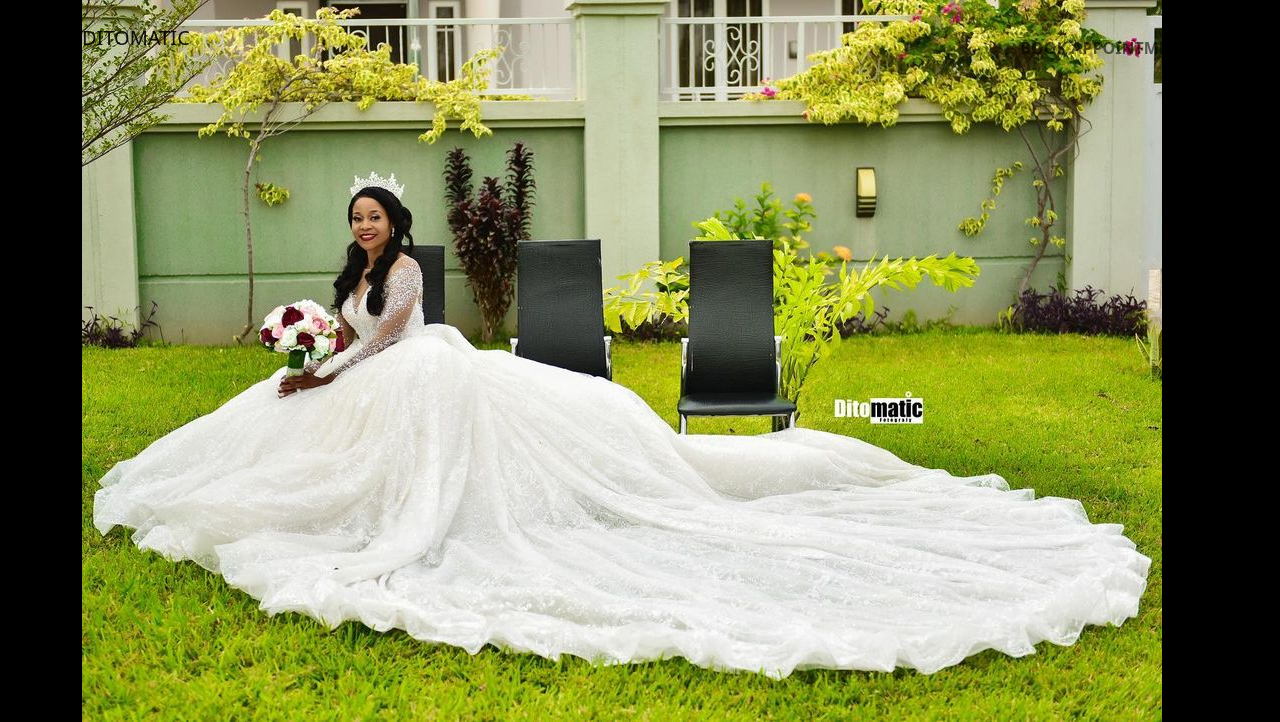
Repository: latenightsnacc/Ditomatic-Demo
Page: ditomatic.html
These files come from the project's save history. The page is drawn as it stood at one moment and after the next save; the edit follows.
The browser window is 1280 px wide. The pictures show the whole page.
Some web libraries are served in a nearby version.

Above is the page before, as saved 2021-02-23 17:53:36.
Console error: TypeError: Cannot read properties of null (reading 'addEventListener')

After the next save:
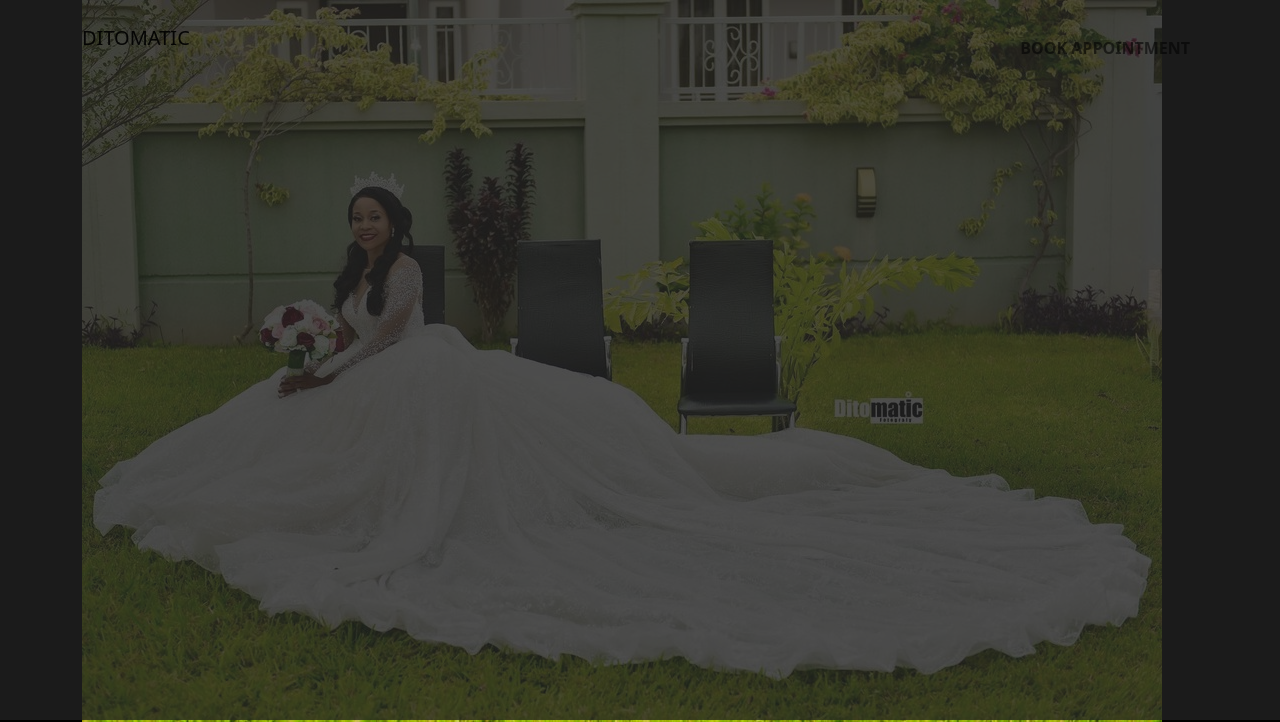
Saved 27 s later.
--- a/ditomatic.html
+++ b/ditomatic.html
@@ -38,6 +38,7 @@
         <section>
             <div class="container">
                 <img src="images/TLF.jpg" alt="">
+                <div class="uk-overlay-primary uk-position-cover"></div>
                 <div class="uk-position-center"></div>
             </div>
         </section>
